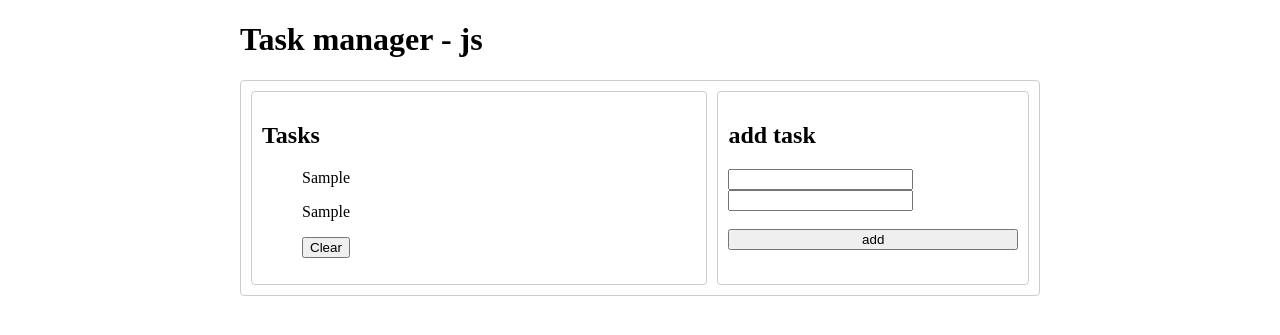
Repository: iKrekus/taskmgr-js
Page: index.html
These files come from the project's save history. The page is drawn as it stood at one moment and after the next save; the edit follows.
The browser window is 1280 px wide. The pictures show the whole page.
Empty fields were first filled with sample values (such as "Sample", 5 or name@example.com).
After loading, the first visible `#btn-add` was clicked once.

Above is the page before, as saved 2024-03-15 13:17:27.

After the next save:
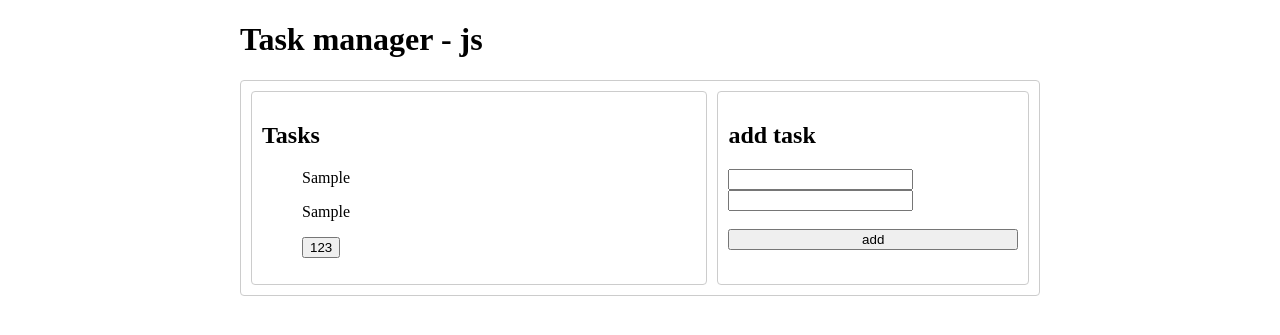
Saved 2 min 42 s later.
--- a/app.js
+++ b/app.js
@@ -21,6 +21,7 @@
   const task = taskTemplate.cloneNode(true);
   task.querySelector('.task-title').textContent = name;
   task.querySelector('.task-description').textContent = description;
+  task.querySelector('.btn__remove').textContent = '123';
   console.log(task);
   renderTask(task)
 }

After the save that followed:
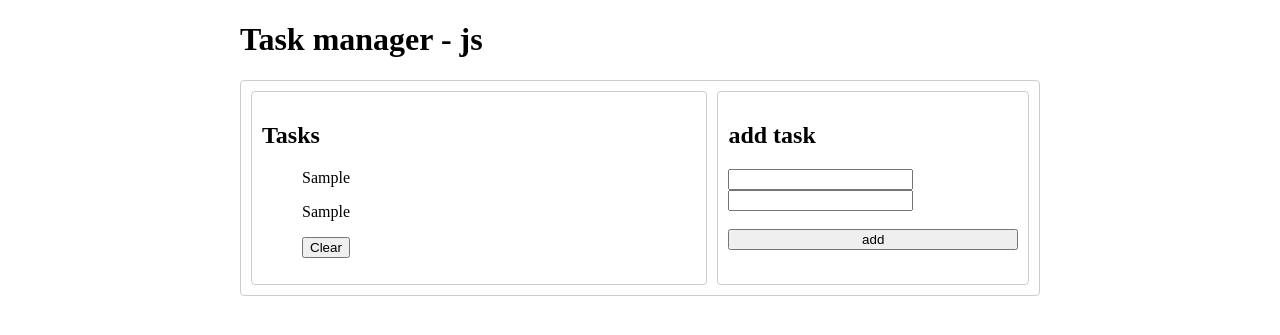
Saved 38 s later.
--- a/app.js
+++ b/app.js
@@ -21,7 +21,7 @@
   const task = taskTemplate.cloneNode(true);
   task.querySelector('.task-title').textContent = name;
   task.querySelector('.task-description').textContent = description;
-  task.querySelector('.btn__remove').textContent = '123';
+  task.querySelector('.btn__remove').addEventListener('click', function(){});
   console.log(task);
   renderTask(task)
 }
